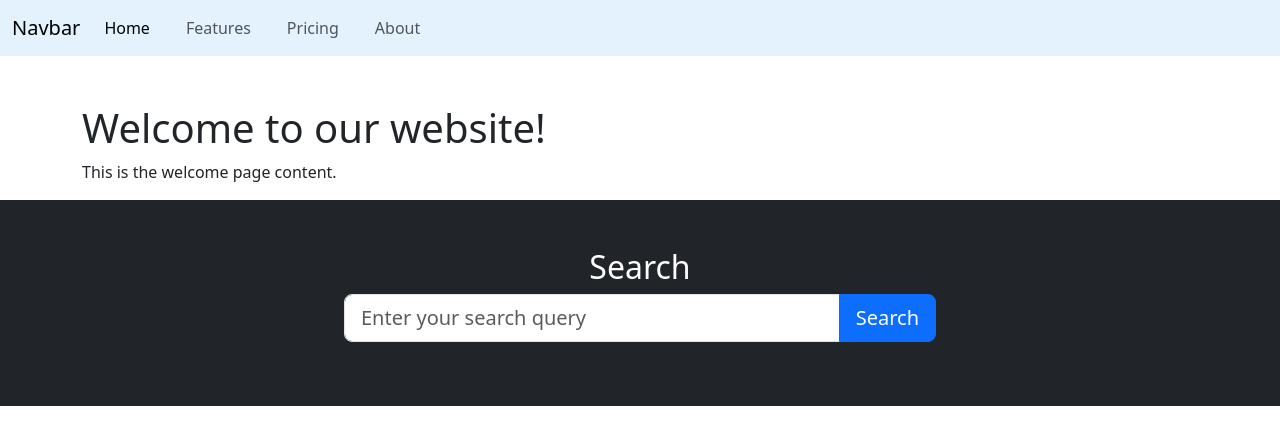
Repository: gyfffffff/meishimeike_test
Page: meishimeike/hello.html
The author's editor kept a copy of each file at every save. The page is drawn from the files as they stood at one save, then again after the next save.
The browser window is 1280 px wide. The pictures show the whole page.

Above is the page before, as saved 2023-07-13 10:39:41.

### meishimeike/hello.html
<!DOCTYPE html>
<html lang="en">

<head>
    <meta charset="UTF-8">
    <meta name="viewport" content="width=device-width, initial-scale=1.0">
    <link rel="stylesheet" href="https://cdn.jsdelivr.net/npm/bootstrap@5.3.0/dist/css/bootstrap.min.css">
    <style>
        .navbar-nav li {
            margin-right: 20px;
            /* 调整右侧间距 */
        }
    </style>

    <title>美食每刻</title>
</head>

<body>
    <nav class="navbar navbar-expand-lg" style="background-color: #e3f2fd;" data-bs-theme="light">
        <div class="container-fluid">
            <a class="navbar-brand" href="#">Navbar</a>
            <button class="navbar-toggler collapsed" type="button" data-bs-toggle="collapse" data-bs-target="#navbarColor03"
                aria-controls="navbarColor03" aria-expanded="false" aria-label="Toggle navigation">
                <span class="navbar-toggler-icon"></span>
            </button>
            <div class="navbar-collapse collapse" id="navbarColor03" style="">
                <ul class="navbar-nav me-auto mb-2 mb-lg-0">
                    <li class="nav-item">
                        <a class="nav-link active" aria-current="page" href="#">Home</a>
                    </li>
                    <li class="nav-item">
                        <a class="nav-link" href="#">Features</a>
                    </li>
                    <li class="nav-item">
                        <a class="nav-link" href="#">Pricing</a>
                    </li>
                    <li class="nav-item">
                        <a class="nav-link" href="#">About</a>
                    </li>
                </ul>
                <!-- <form class="d-flex" role="search">
                    <input class="form-control me-2" type="search" placeholder="Search" aria-label="Search">
                    <button class="btn btn-outline-primary" type="submit">Search</button>
                </form> -->
            </div>
        </div>
    </nav>

    <div class="container mt-5">
        <h1>Welcome to our website!</h1>
        <p>This is the welcome page content.</p>
    </div>

    <div class="container-fluid bg-dark text-center p-5">
        <h2 class="text-white">Search</h2>
        <div class="input-group mb-3 w-50 mx-auto">
            <input type="text" class="form-control form-control-lg" placeholder="Enter your search query">
            <button class="btn btn-primary btn-lg" type="button">Search</button>
        </div>
    </div>

    <script src="https://cdn.jsdelivr.net/npm/bootstrap@5.3.0/dist/js/bootstrap.bundle.min.js"></script>
</body>

</html>

After the next save:
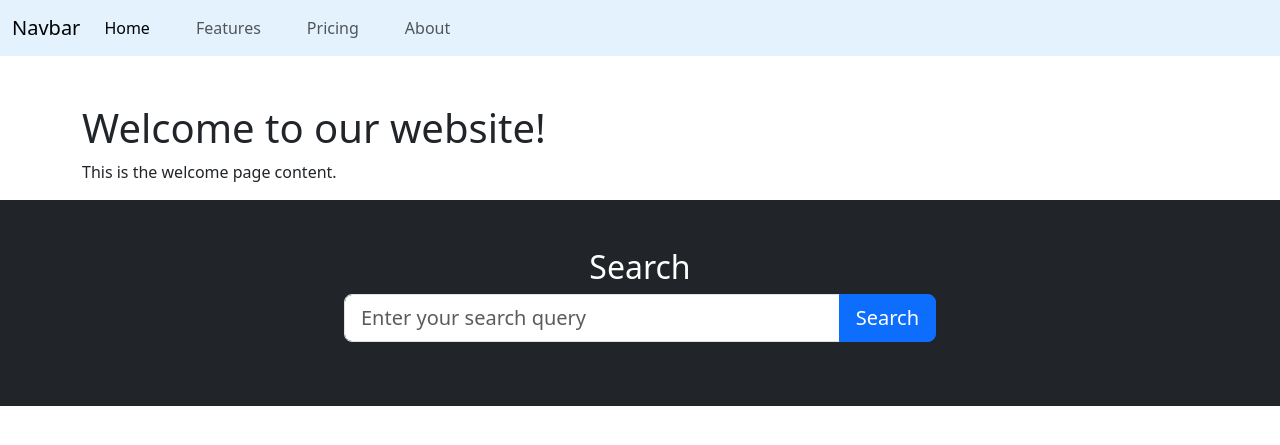
Saved 19 s later.
--- a/meishimeike/hello.html
+++ b/meishimeike/hello.html
@@ -7,7 +7,7 @@
     <link rel="stylesheet" href="https://cdn.jsdelivr.net/npm/bootstrap@5.3.0/dist/css/bootstrap.min.css">
     <style>
         .navbar-nav li {
-            margin-right: 20px;
+            margin-right: 30px;
             /* 调整右侧间距 */
         }
     </style>
